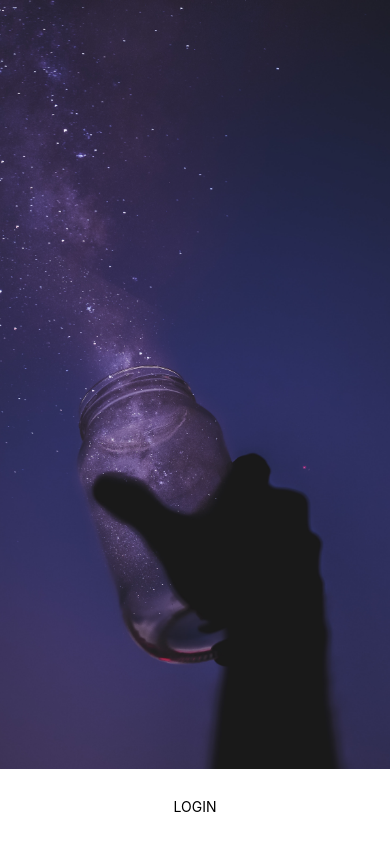
Repository: farrelmuhammad/project-react-native
Screen: /
An editor plug-in stored every save of this project. The screen is shown before and after the next save, followed by the edit.
The app was drawn by React Native's web renderer in a window 390 px wide. The project was rebuilt for these pictures with package versions that can differ from the ones it lists, and the page was loaded fresh each time.

Above is the screen before, as saved 2023-01-09 11:54:03.

### App.js
import { StatusBar } from 'expo-status-bar';
import styles from './styles'
import Svg, { Image } from 'react-native-svg';
import { Dimensions, Text, View } from 'react-native';

export default function App() {
  const { height, width } = Dimensions.get('window');

  return (
    <View style={styles.container}>
      <Svg height={height} width={width}>
        <Image
          href={require('./assets/login-background.jpg')}
          width={width}
          height={height}
          preserveAspectRatio="xMidYMid slice"
        />
      </Svg>
      <View style={styles.button}>
        <Text style={styles.buttonText}>LOGIN</Text>
      </View>
    </View>
  );
}

### styles.js
import { StyleSheet, Text, View } from 'react-native';

const styles = StyleSheet.create({
    container: {
        flex: 1,
        justifyContent: 'flex-end',
    },
    button: {
        backgroundColor: 'rgba(255, 255, 255, 0.5)',
        height: 55,
        alignItems: 'center',
        justifyContent: 'center',
        borderRadius: 35,
        marginHorizontal: 20,
        marginVertical: 10,
        borderWidth: 1,
        borderColor: 'white'
    }
});

export default styles;

After the next save:
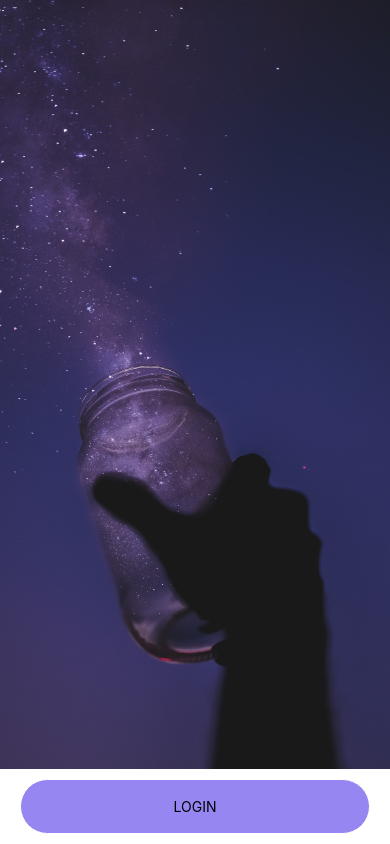
Saved 28 s later.
--- a/styles.js
+++ b/styles.js
@@ -6,7 +6,7 @@ const styles = StyleSheet.create({
         justifyContent: 'flex-end',
     },
     button: {
-        backgroundColor: 'rgba(255, 255, 255, 0.5)',
+        backgroundColor: 'rgba(123, 104, 238, 0.8)',
         height: 55,
         alignItems: 'center',
         justifyContent: 'center',
